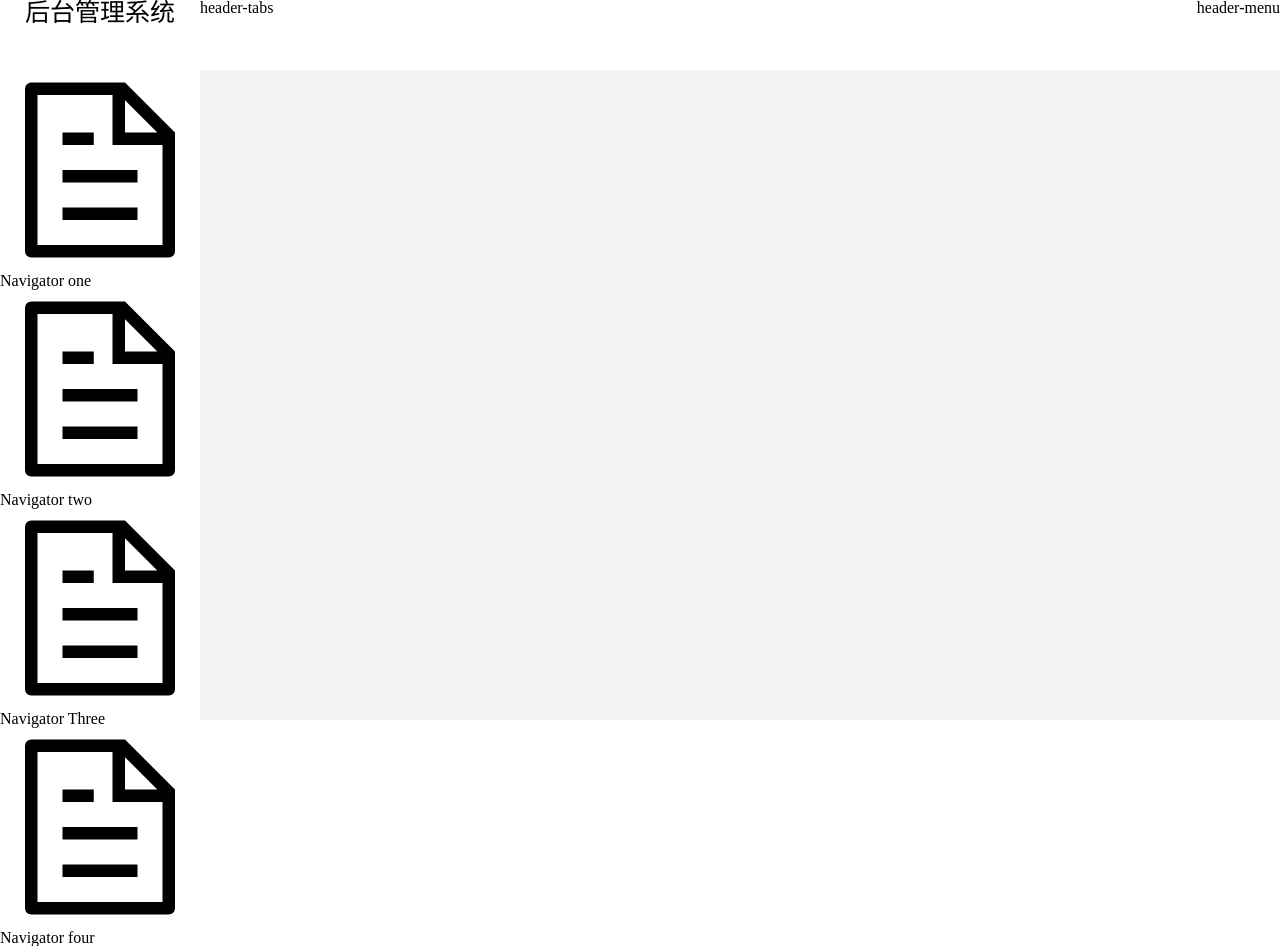
Repository: serrrN/vue-vite-template
Page: /
An editor plug-in stored every save of this project. The page is shown before and after the next save, followed by the edit.
The browser window is 1280 px wide. The pictures show the whole page.
The project was rebuilt for these pictures with package versions that can differ from the ones it lists, and the page was loaded fresh each time. Also part of the build but not shown: vite.config.ts, src/styles/index.scss.

Above is the page before, as saved 2024-06-02 15:31:03.

### src/main.ts
import { createApp } from 'vue'
import App from './App.vue'
import ElementPlus from 'element-plus'
import zhCn from 'element-plus/es/locale/lang/zh-cn'
import * as ElementPlusIconsVue from '@element-plus/icons-vue'
import router from './router'
import 'reset-css'
import "./styles/index.scss"
const app = createApp(App)
for (const [key, component] of Object.entries(ElementPlusIconsVue)) {
  app.component(key, component)
}
app.use(ElementPlus, { locale: zhCn })
app.use(router)
app.mount('#app')

### src/App.vue
<script setup lang="ts">

</script>

<template>
  <router-view></router-view>
</template>

<style>
 #app,html,body{
  width: 100%;
  height: 100%;

 }
</style>

### src/router/index.ts
import { createRouter,createWebHistory } from "vue-router"
const routes = [
    {
        path: "/",
        name: "home",
        component: () => import("@/layout/index.vue")
    }
]
const router = createRouter({
    history: createWebHistory(),
    routes
})
export default router

### src/layout/index.vue
<template>
  <div class="layout-container">
     <div class="left">
        <Menu/>
     </div>
     <div class="right">
      <div class="header"><Header/></div>
      <div class="main"><Main/></div>
     </div>
  </div>
</template>

<script lang="ts" setup>
import Menu from "./menu/index.vue"
import Header from "./header/index.vue"
import Main from "./main/index.vue"
</script>

<style scoped lang="scss">
.layout-container{
  width: 100%;
  height: 100%;
  display: flex;
  .left{
    height: 100%;
    width: $layout-container-left-max-width;
  }
  .right{
    width: calc(100% - $layout-container-left-max-width);
    .header{
      width: 100%;
      height: $layout-container-header-height;
      display: flex;
      justify-content:space-between;
    }
    .main{
      height: calc(100% - $layout-container-header-height);
      width: 100%;
      background-color: #f3f3f3;
    }
  }
}
</style>

### src/styles/variable.scss
// 布局容器左边未塌陷宽度
$layout-container-left-max-width:200px;
// 布局容器左边塌陷后宽度
$layout-container-left-min-width:0px;

// 布局容器头部高度
$layout-container-header-height:70px;

### src/layout/menu/index.vue
<template>
    <el-menu
      default-active="2"
      class="el-menu-vertical-demo"
      :collapse="isCollapse"
      @open="handleOpen"
      @close="handleClose"
    >
    <div class="name">
        后台管理系统
    </div>
    <el-menu-item index="1" >
          <el-icon><document /></el-icon>
          <span>Navigator one</span>
        </el-menu-item>
        <el-menu-item index="2" >
          <el-icon><document /></el-icon>
          <span>Navigator two</span>
        </el-menu-item>
        <el-menu-item index="3" >
          <el-icon><document /></el-icon>
          <span>Navigator Three</span>
        </el-menu-item>
        <el-menu-item index="4" >
          <el-icon><document /></el-icon>
          <span>Navigator four</span>
        </el-menu-item>
    </el-menu>
  </template>

  <script lang="ts" setup>
  import { ref } from 'vue'


  const isCollapse = ref(false)
  const handleOpen = (key: string, keyPath: string[]) => {
    console.log(key, keyPath)
  }
  const handleClose = (key: string, keyPath: string[]) => {
    console.log(key, keyPath)
  }
  </script>

  <style >
  .el-menu{
    height:100%;
    .name{
        text-align:center;
        width: 100%;
        height: 70px;
        font-size: 25px;
    }
  }
  .el-menu-vertical-demo:not(.el-menu--collapse) {
    width: 200px;
    min-height: 400px;
  }
  </style>

### src/layout/header/index.vue
<template>
 <Tabs/>
 <Menu/>
</template>
<script setup lang="ts">
import Tabs from "./tabs/index.vue"
import Menu from "./menu/index.vue"
</script>
<style lang="scss" scoped>

</style>

### src/layout/main/index.vue
<template>
    <router-view></router-view>
</template>
<script setup lang="ts">

</script>
<style lang="scss" scoped>

</style>

### src/layout/header/tabs/index.vue
<template>
<div class="header-tabs">header-tabs</div>
</template>
<script setup lang="ts">

</script>
<style lang="scss" scoped>

</style>

### src/layout/header/menu/index.vue
<template>
<div class="header-menu">header-menu</div>
</template>
<script setup lang="ts">

</script>
<style lang="scss" scoped>

</style>

Loaded but not shown: index.html (common file)

After the next save:
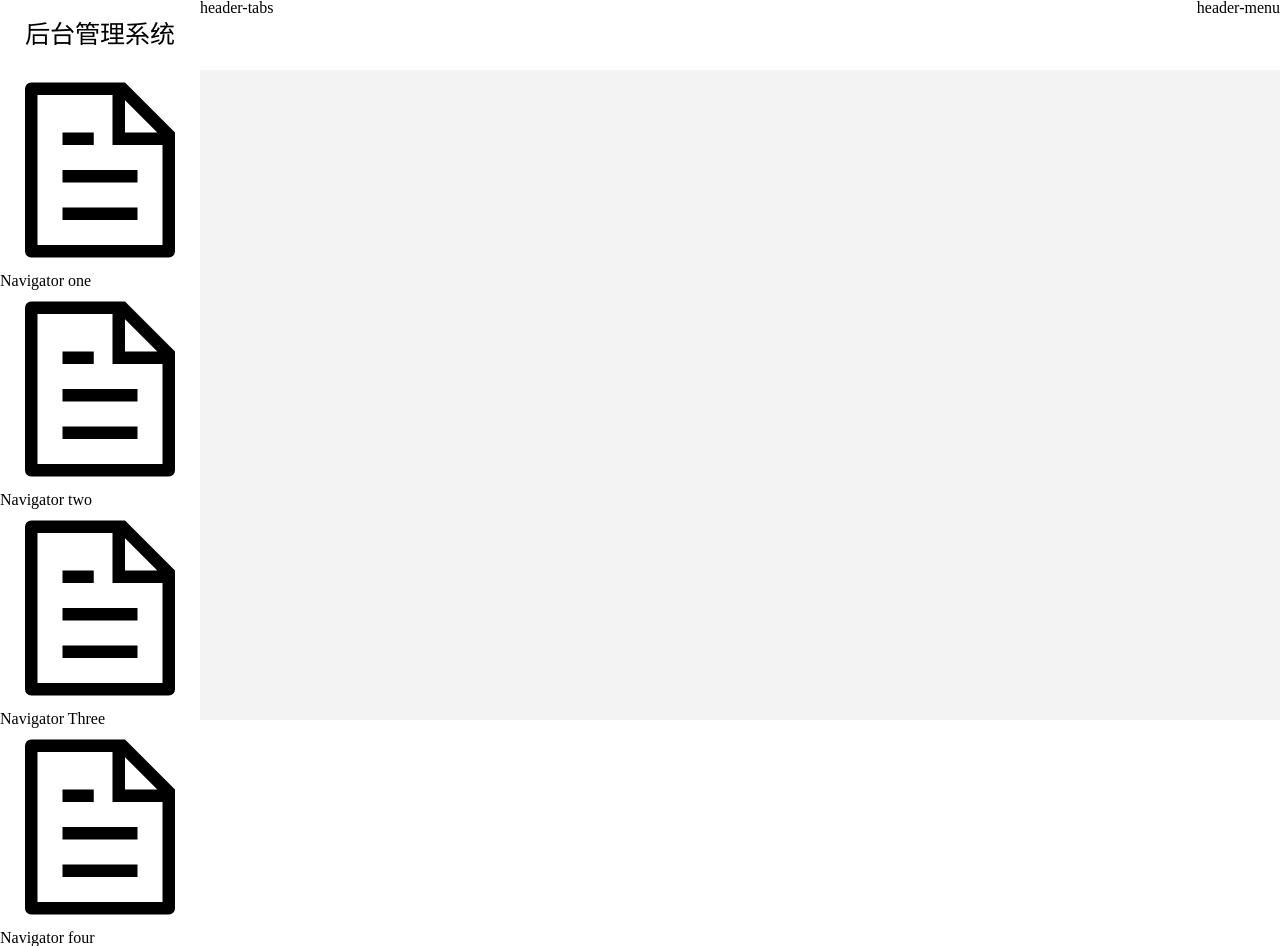
Saved 2 min 56 s later.
--- a/src/layout/menu/index.vue
+++ b/src/layout/menu/index.vue
@@ -49,6 +49,7 @@
         width: 100%;
         height: 70px;
         font-size: 25px;
+        line-height: 70px;
     }
   }
   .el-menu-vertical-demo:not(.el-menu--collapse) {
